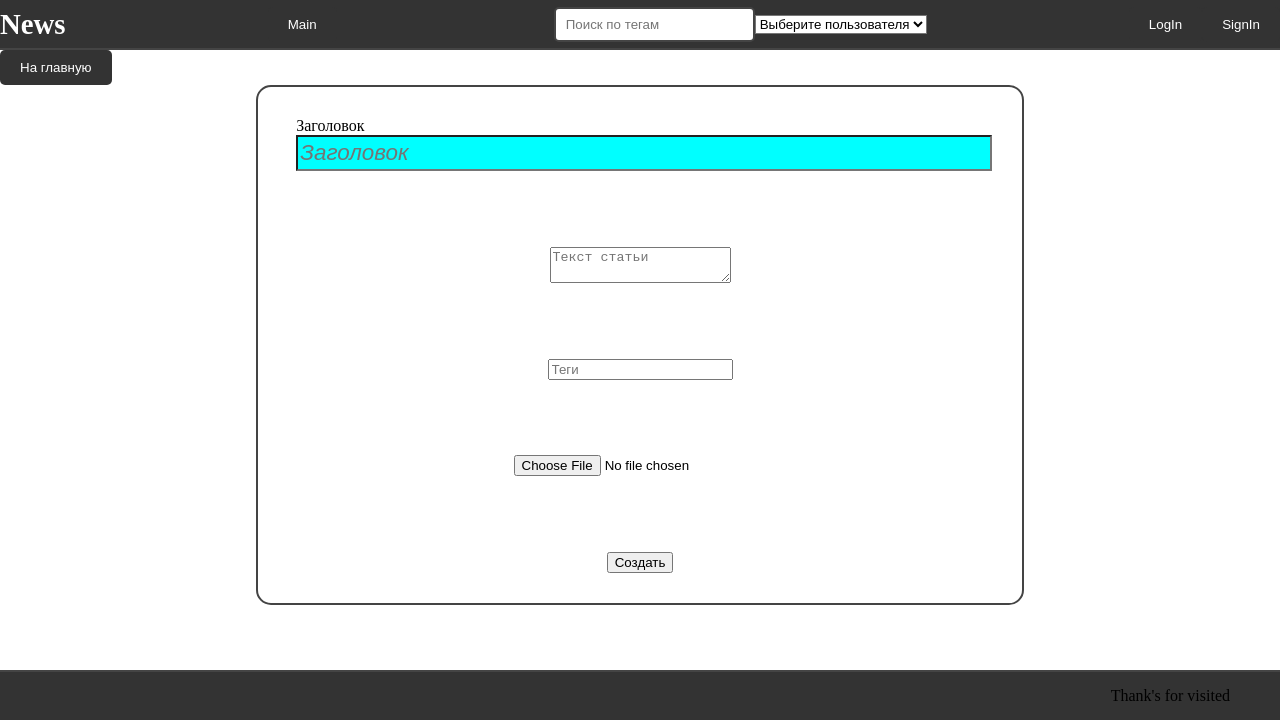
Repository: Igor-Blazhko/news_frontend
Page: /CreatePost
An editor plug-in stored every save of this project. The page is shown before and after the next save, followed by the edit.
The browser window is 1280 px wide. The pictures show the whole page.
The project was rebuilt for these pictures with package versions that can differ from the ones it lists, and the page was loaded fresh each time. Also part of the build but not shown: vite.config.ts, src/components/allPost/onePost/onePost.module.css, src/components/allPost/onePost/onePost.tsx, src/components/allPost/allPost.tsx, src/components/auth/logIn/login.module.css, src/components/auth/logIn/login.tsx, src/components/auth/register/register.tsx, src/components/pageOnePost/comments/comment.tsx and 2 more.

Above is the page before, as saved 2024-07-15 16:11:13.

After the next save:
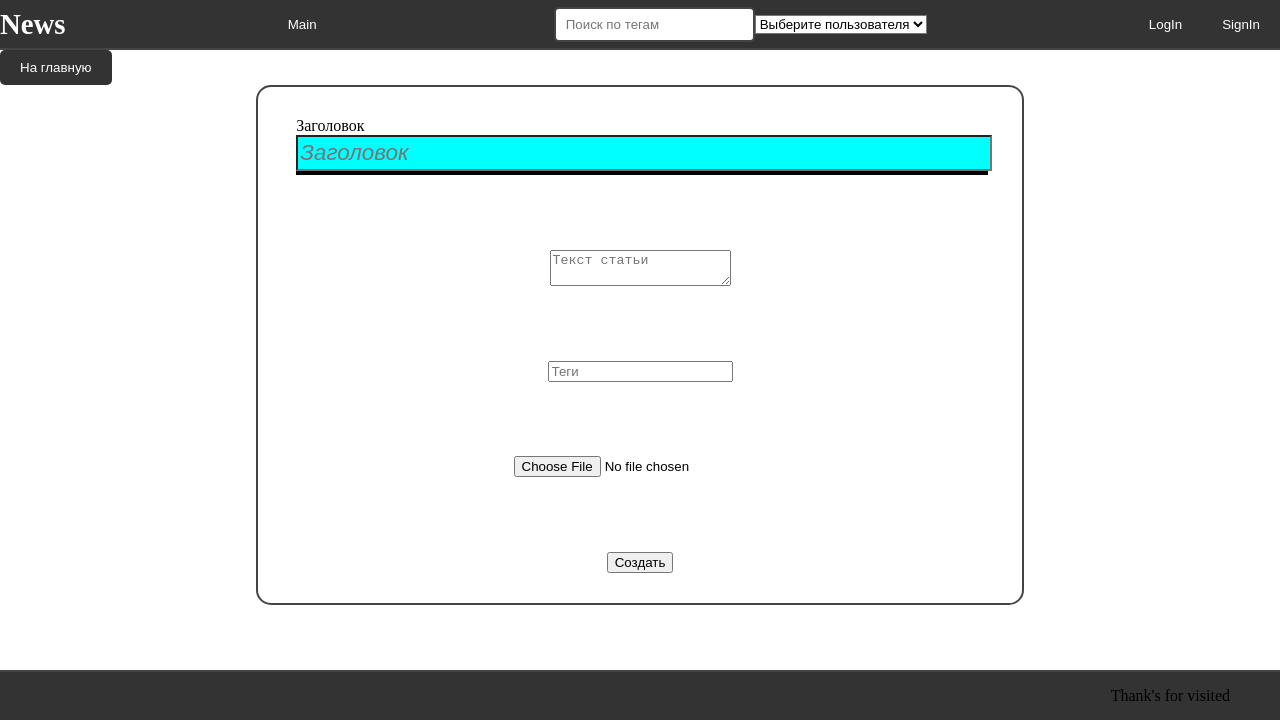
Saved 5 s later.
--- a/src/components/createPost/createPost.module.css
+++ b/src/components/createPost/createPost.module.css
@@ -29,4 +29,5 @@ div.article::after{
     width: 100%;
     background-color: #444;
     border: 2px solid black;
+    content: "";
 }
